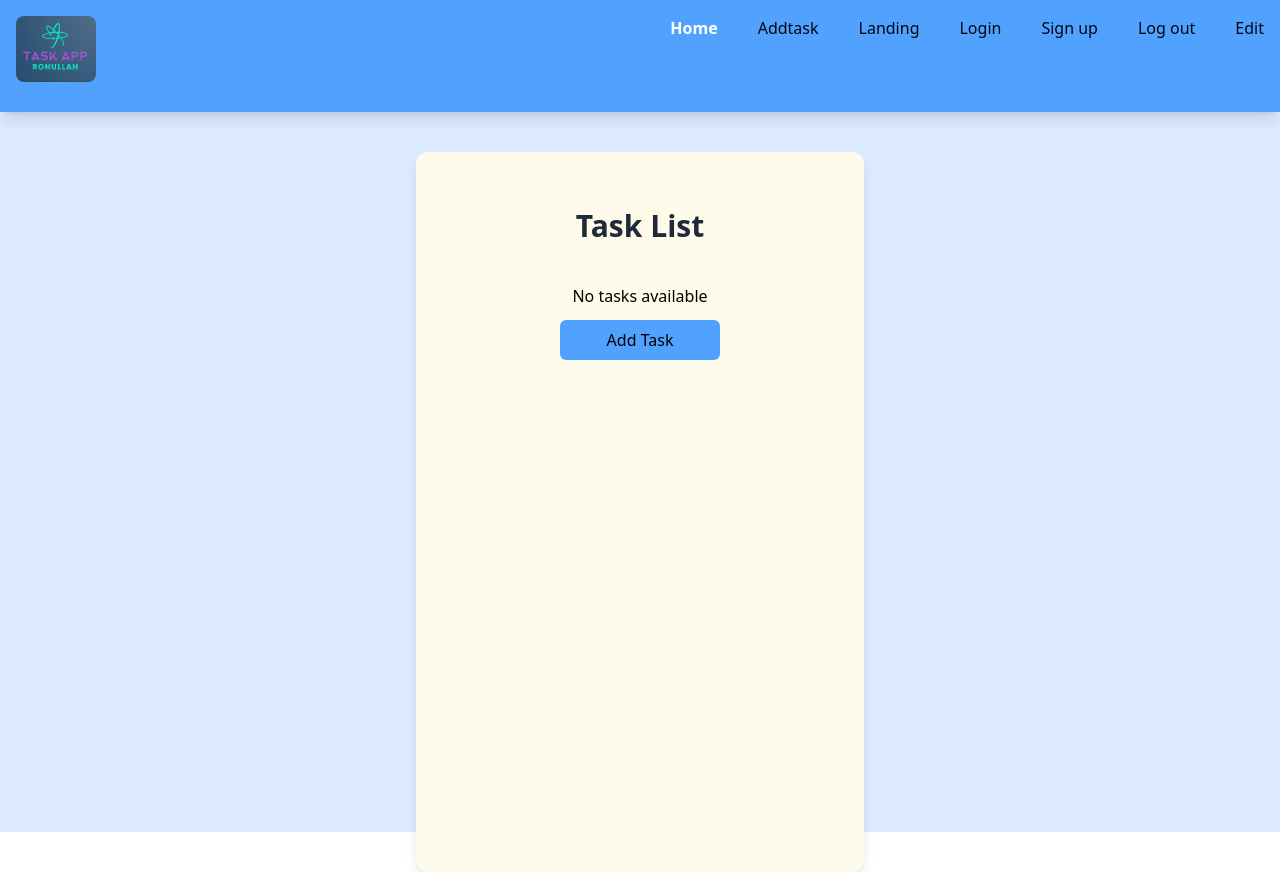
Repository: Rohullah-Noori/TaskApp
Page: /home
An editor plug-in stored every save of this project. The page is shown before and after the next save, followed by the edit.
The browser window is 1280 px wide. The pictures show the whole page.
The project was rebuilt for these pictures with package versions that can differ from the ones it lists, and the page was loaded fresh each time. Also part of the build but not shown: vite.config.js, src/components/Loader.jsx, src/pages/Landing.jsx, src/components/Form.jsx, src/pages/Login.jsx, src/pages/Signup.jsx, src/pages/Addtask.jsx, src/pages/Edittask.jsx and 2 more.

Above is the page before, as saved 2025-02-25 08:43:22.

### src/index.css
@import "tailwindcss";

.input {
  @apply border-3 border-blue-200 focus:outline-blue-500 w-full rounded-md p-1;
}

.containerForm {
  @apply flex items-center justify-center h-screen bg-blue-100 flex-grow overflow-y-auto;
}
.parentContainerForm {
  @apply w-full max-w-md bg-white p-8 rounded-lg shadow-lg;
}

.heading {
  @apply text-3xl font-bold mb-6 text-gray-800 text-center p-4;
}

.taskContainer {
  @apply bg-blue-100 h-screen justify-center flex;
}
.taskinnerContainer {
  @apply mt-10 text-center h-[100%]  shadow-lg bg-amber-50  rounded-xl p-10  max-w-md w-full;
}

.btndesign {
  @apply mt-3 cursor-pointer rounded-md py-2 mb-2  w-40 bg-blue-400  hover:bg-blue-500 hover:text-white;
}

### src/App.jsx
import { TasksProvider } from "./components/TaskContext";
import { BrowserRouter as Router, Routes, Route } from "react-router-dom";
import Landing from "./pages/Landing";
import Home from "./pages/Home";
import Login from "./pages/Login";
import Signup from "./pages/Signup";
import Addtask from "./pages/Addtask";
import Edittask from "./pages/Edittask";
import Errorpage from "./pages/Errorpage";
import Logout from "./pages/Logout";

function App() {
  return (
    <>
      <TasksProvider>
        <Router>
          <Routes>
            <Route path="/" element={<Landing />} />
            <Route path="/home" element={<Home />} />
            <Route path="/login" element={<Login />} />
            <Route path="/signup" element={<Signup />} />
            <Route path="/logout" element={<Logout />} />
            <Route path="/addtask" element={<Addtask />} />
            <Route path="/edit-task/:taskId" element={<Edittask />} />
            <Route path="/*" element={<Errorpage />} />
          </Routes>
        </Router>
      </TasksProvider>
    </>
  );
}

export default App;

### src/components/TaskContext.jsx
import { createContext, useContext, useState } from "react";

const TaskContext = createContext();
export const TasksProvider = ({ children }) => {
  const [tasks, setTasks] = useState([]);
  const [loading, setIsloading] = useState(false);
  const addtask = (newtask) => {
    setTasks((prevtask) => [...prevtask, newtask]);
  };

  const updateTask = (taskId, taskdata) => {
    setTasks((prevtask) =>
      prevtask.map((task) =>
        task.id === Number(taskId)
          ? {
              ...task,
              title: taskdata.title,
              startTime: taskdata.startTime,
              endTime: taskdata.endTime,
            }
          : task
      )
    );
  };

  return (
    <TaskContext.Provider
      value={{
        tasks,
        addtask,
        setTasks,
        loading,
        setIsloading,
        updateTask,
      }}
    >
      {children}
    </TaskContext.Provider>
  );
};

export const useTasks = () => useContext(TaskContext);

### src/pages/Home.jsx
// import Footer from "../components/Footer";
import { useEffect, useState } from "react";
import Navbar from "../components/Navbar";
import Button from "../components/Button";
import { useNavigate } from "react-router-dom";
import Loader from "../components/Loader";
import { useTasks } from "../components/TaskContext";

function Home() {
  const { tasks, setTasks, loading, setIsloading } = useTasks();
  // const [loading, setIsloading] = useState(false);
  const navigate = useNavigate();
  function Handle(e) {
    e.preventDefault();
    setIsloading(true);
    setTimeout(() => {
      navigate("/addtask");
      setIsloading(false);
    }, 1000);
  }

  const handleEdit = (taskId) => {
    navigate(`/edit-task/${taskId}`);
  };

  useEffect(
    function () {
      console.log("task updated :", tasks);
    },
    [tasks]
  );

  return (
    <div>
      <Navbar />

      <div className="taskContainer">
        <div className="taskinnerContainer mb-10">
          <h1 className="heading">Task List</h1>
          {loading && <Loader />}
          <div className="  justify-center ">
            <ul>
              {tasks && tasks.length > 0 ? (
                tasks.map((task) => (
                  <li
                    key={task.id}
                    className={`p-2 border-1 mb-2 border-blue-300 rounded-md ${
                      task.completed ? "text-green-400" : "text-red-400"
                    }`}
                  >
                    <input
                      type="checkbox"
                      checked={task.completed}
                      onChange={() =>
                        setTasks(
                          tasks.map((T) =>
                            T.id === task.id
                              ? { ...T, completed: !T.completed }
                              : T
                          )
                        )
                      }
                      className="cursor-pointer accent-green-400"
                    />
                    {task.title}
                    <div>
                      <strong>Start:</strong>
                      {task.startTime
                        ? new Date(task.startTime).toLocaleString()
                        : "Not set"}
                    </div>
                    <div>
                      <strong>End :</strong>
                      {task.endTime
                        ? new Date(task.endTime).toLocaleString()
                        : ""}
                    </div>
                    <div>
                      <Button onClick={() => handleEdit(task.id)}>Edit</Button>
                    </div>
                  </li>
                ))
              ) : (
                <p>No tasks available</p> // ✅ این بخش پیش‌فرض
              )}
            </ul>
          </div>
          <>
            <Button onClick={Handle}>Add Task</Button>
          </>
        </div>
      </div>
    </div>
  );
}

export default Home;

### src/components/Button.jsx
function Button({ children, onClick, disabled }) {
  return (
    <button onClick={onClick} disabled={disabled} className="btndesign">
      {children}
    </button>
  );
}

export default Button;

### src/components/Navbar.jsx
import { Link, useLocation } from "react-router-dom";
import { useState } from "react";
function Navbar() {
  const location = useLocation();
  const [Open, setIsOpen] = useState(false);

  function Toggle() {
    setIsOpen(!Open);
  }

  return (
    <nav className="bg-blue-400  flex shadow-lg p-4  justify-between    sticky top-0 z-10 ">
      <div className="size-20  ">
        <img src="../src/assets/logo/Capture.PNG" className="rounded-lg" />
      </div>
      <div className="lg:hidden">
        <button className="text-white" onClick={Toggle}>
          <svg
            xmlns="http://www.w3.org/2000/svg"
            fill="none"
            viewBox="0 0 24 24"
            stroke="currentColor"
            className="h-6 w-6"
          >
            <path
              strokeLinecap="round"
              strokeLinejoin="round"
              strokeWidth="2"
              d="M4 6h16M4 12h16M4 18h16"
            />
          </svg>
        </button>
      </div>
      <ul className=" hidden lg:flex space-x-10">
        {[
          {
            path: "/home",
            label: "Home",
          },
          {
            path: "/addtask",
            label: "Addtask",
          },
          {
            path: "/",
            label: "Landing",
          },
          {
            path: "/login",
            label: "Login",
          },

          {
            path: "/signup",
            label: "Sign up",
          },
          {
            path: "/logout",
            label: "Log out",
          },
          {
            path: "/edit-task/:taskID",
            label: "Edit",
          },
        ].map((item) => (
          <li key={item.path}>
            <Link
              to={item.path}
              className={`hover:text-amber-50 active:text-amber-50 ${
                location.pathname === item.path
                  ? "text-white font-bold"
                  : "text-gray-950"
              }`}
            >
              {item.label}
            </Link>
          </li>
        ))}
      </ul>
      <div
        className={`${
          Open ? "block" : "hidden"
        } absolute w-full top-24 flex flex-col justify-center items-start pl-6  text-center left-0 bg-blue-400 text-white text-center py-4`}
      >
        {[
          {
            path: "/home",
            label: "Home",
          },
          {
            path: "/addtask",
            label: "Addtask",
          },
          {
            path: "/",
            label: "Landing",
          },
          {
            path: "/login",
            label: "Login",
          },

          {
            path: "/signup",
            label: "Sign up",
          },
          {
            path: "/edittask",
            label: "Edit",
          },
        ].map((item) => (
          <Link
            key={item.path}
            to={item.path}
            className={`hover:text-amber-50 active:text-amber-50 ${
              location.pathname === item.path
                ? "text-white font-bold"
                : "text-gray-950"
            }`}
          >
            {item.label}
          </Link>
        ))}
      </div>
    </nav>
  );
}

export default Navbar;

Loaded but not shown: index.html (common file); src/main.jsx (common file)

After the next save:
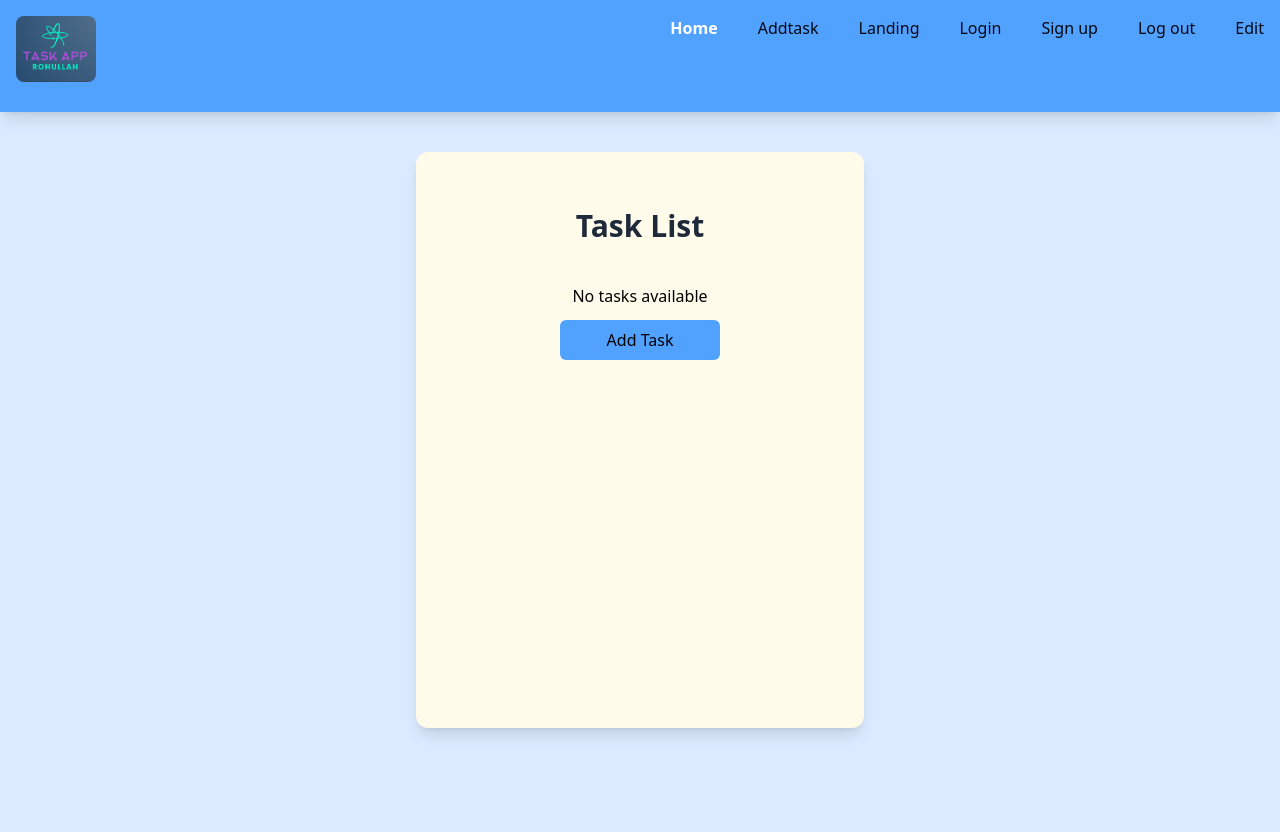
Saved 4 s later.
--- a/src/index.css
+++ b/src/index.css
@@ -19,7 +19,7 @@
   @apply bg-blue-100 h-screen justify-center flex;
 }
 .taskinnerContainer {
-  @apply mt-10 text-center h-[100%]  shadow-lg bg-amber-50  rounded-xl p-10  max-w-md w-full;
+  @apply mt-10 text-center h-[80%]  shadow-lg bg-amber-50  rounded-xl p-10  max-w-md w-full;
 }
 
 .btndesign {
